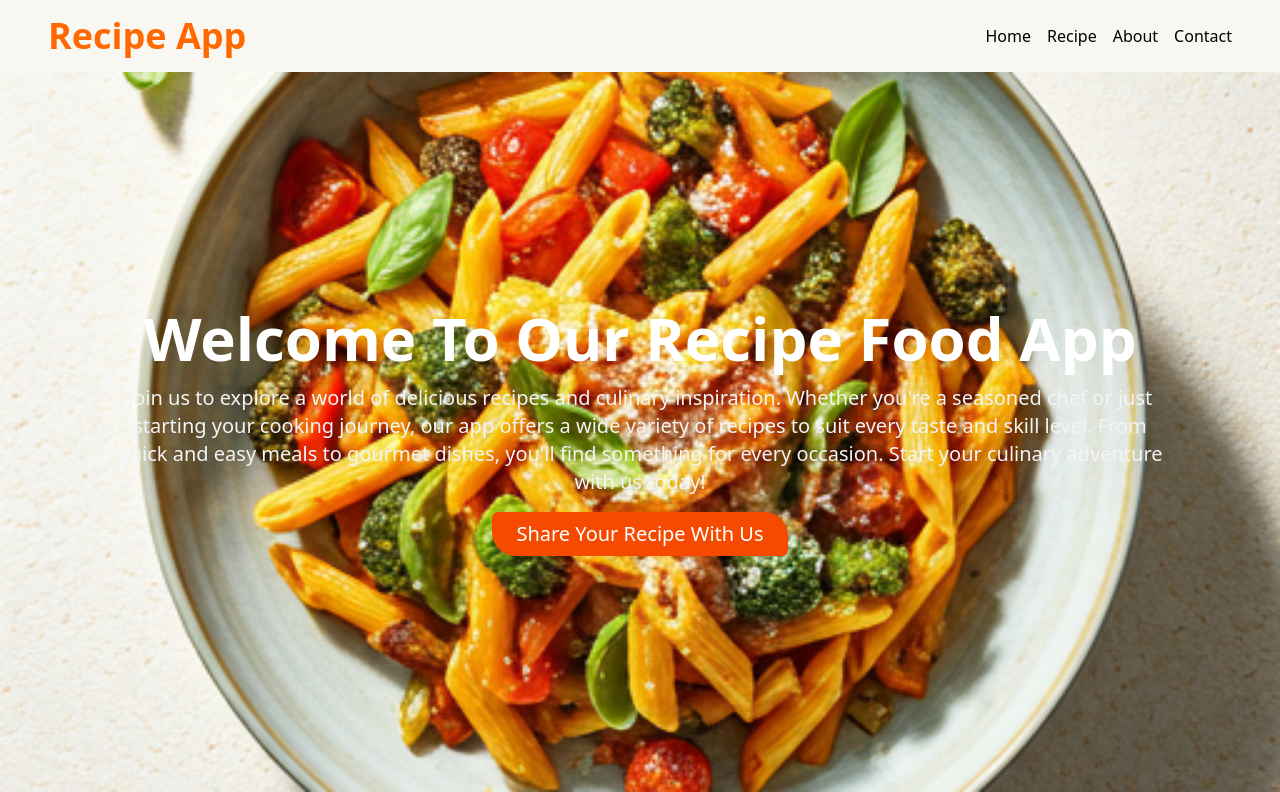
Repository: Eslam0Mohamed/mern-recipe-app
Page: / (app in FrontEnd/)
An editor plug-in stored every save of this project. The page is shown before and after a run of saves, followed by the edit.
The browser window is 1280 px wide. The pictures show the whole page.
The project was rebuilt for these pictures with package versions that can differ from the ones it lists, and the page was loaded fresh each time. Also part of the build but not shown: FrontEnd/vite.config.js.

Above is the page before, as saved 2026-05-07 18:48:54.

### FrontEnd/src/index.css
@import "tailwindcss";
  .container{
    @apply mx-auto w-10/12
}
@theme{
  --color-tertiary:"#F9F7F2"
}

### FrontEnd/src/App.jsx
import React from 'react'
import Home from './pages/Home'
import { createBrowserRouter, RouterProvider } from 'react-router-dom'
import Layout from './components/Layout'

const App = () => {
  const router = createBrowserRouter([
    { path: '/', element: <Layout />,children:[
      {path:"/",element:<Home/>}
    ]  },
    // { path: '/', element: <Contact />  },
    // { path: '/', element: <Home />  }
  ])
  return (
    <main>
      <RouterProvider router={router} />
    </main>
  )
}

export default App

### FrontEnd/src/pages/Home.jsx
import React from 'react'
import backgroundImage from "../assets/bg_1.png"
function Home() {
  return (
    <section style={{backgroundImage:`url(${backgroundImage})`,}} className={`bg-cover bg-tertiary h-screen bg-center flex items-center justify-center `}>
      <div className='left container flex flex-col gap-4 text-center justify-center items-center' >
        <h1 className='text-white text-6xl font-semibold'>Welcome To Our Recipe Food App</h1>
        <p className='text-md text-gray-100 font-medium text-xl'> Join us to explore a world of delicious recipes and culinary inspiration. Whether you're a seasoned chef or just starting your cooking journey, our app offers a wide variety of recipes to suit every taste and skill level. From quick and easy meals to gourmet dishes, you'll find something for every occasion. Start your culinary adventure with us today!</p>
      <button className='w-fit outline-none px-6 py-2  text-xl rounded-bl-3xl rounded-tr-3xl  cursor-pointer bg-orange-600 text-white transition-colors duration-300 rounded-md hover:bg-orange-700 hover:scale-105 '>Share Your Recipe With Us</button>
      </div>
      {/* <div className='right'>
        <img src={""} alt="share your recipe" />
      </div> */}
      <div></div>
    </section>
  )
}

export default Home

### FrontEnd/src/components/Layout.jsx
import React from 'react'
import Navbar from './Navbar'
import { Outlet } from 'react-router-dom'

const Layout = () => {
  return (
    <div>
      <Navbar/>
      <Outlet/>
    </div>
  )
}

export default Layout

### FrontEnd/src/components/Navbar.jsx
import React from 'react'

const Navbar = () => {
    return (
        <header className='bg-[#F9F7F2]'>
            <nav className='px-12 py-4 flex justify-between items-center '>
                <div className="logo text-4xl text-orange-500 font-extrabold ">
                    Recipe App
                </div>
                <ul className='flex items-center gap-4'>
                    <li><a href="" className='hover:bg-orange-500 hover:text-white rounded:md  text-md font-medium '>Home</a></li>
                    <li><a href="" className='hover:bg-orange-500 hover:text-white rounded:md  text-md font-medium '>Recipe</a></li>
                    <li><a href="" className='hover:bg-orange-500 hover:text-white rounded:md  text-md font-medium '>About</a></li>
                    <li><a href="" className='hover:bg-orange-500 hover:text-white rounded:md  text-md font-medium '>Contact</a></li>
                </ul>
            </nav>

        </header>
    )
}

export default Navbar

Loaded but not shown: FrontEnd/src/main.jsx (common file)

After the next 6 saves:
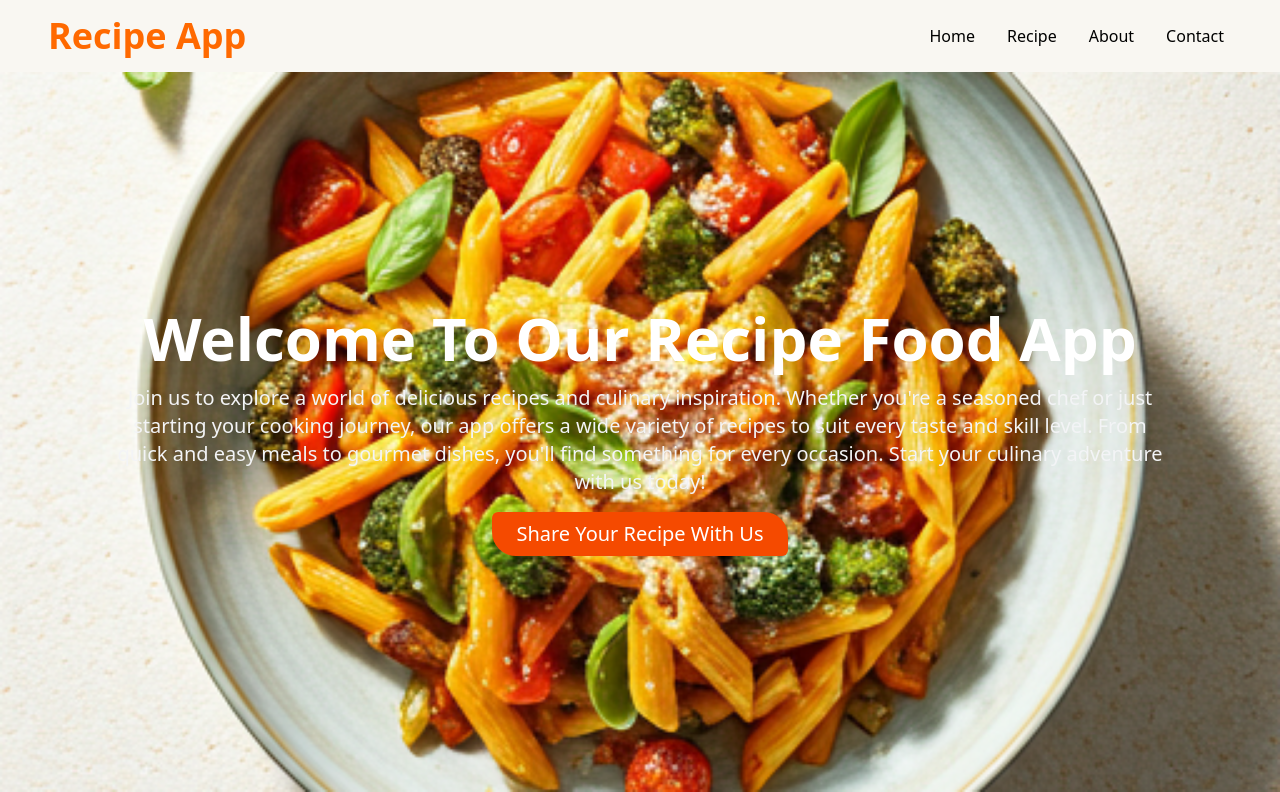
The 6 saves are shown as one change because they came seconds apart.
The last was saved 23 s later.
--- a/FrontEnd/src/components/Navbar.jsx
+++ b/FrontEnd/src/components/Navbar.jsx
@@ -8,10 +8,10 @@ const Navbar = () => {
                     Recipe App
                 </div>
                 <ul className='flex items-center gap-4'>
-                    <li><a href="" className='hover:bg-orange-500 hover:text-white rounded:md  text-md font-medium '>Home</a></li>
-                    <li><a href="" className='hover:bg-orange-500 hover:text-white rounded:md  text-md font-medium '>Recipe</a></li>
-                    <li><a href="" className='hover:bg-orange-500 hover:text-white rounded:md  text-md font-medium '>About</a></li>
-                    <li><a href="" className='hover:bg-orange-500 hover:text-white rounded:md  text-md font-medium '>Contact</a></li>
+                    <li><a href="" className='hover:bg-orange-500 hover:text-white py-1 px-2 rounded:md  text-md font-medium '>Home</a></li>
+                    <li><a href="" className='hover:bg-orange-500 hover:text-white py-1 px-2 rounded:md  text-md font-medium '>Recipe</a></li>
+                    <li><a href="" className='hover:bg-orange-500 hover:text-white py-1 px-2 rounded:md  text-md font-medium '>About</a></li>
+                    <li><a href="" className='hover:bg-orange-500 hover:text-white py-1 px-2 rounded:md  text-md font-medium '>Contact</a></li>
                 </ul>
             </nav>
 
